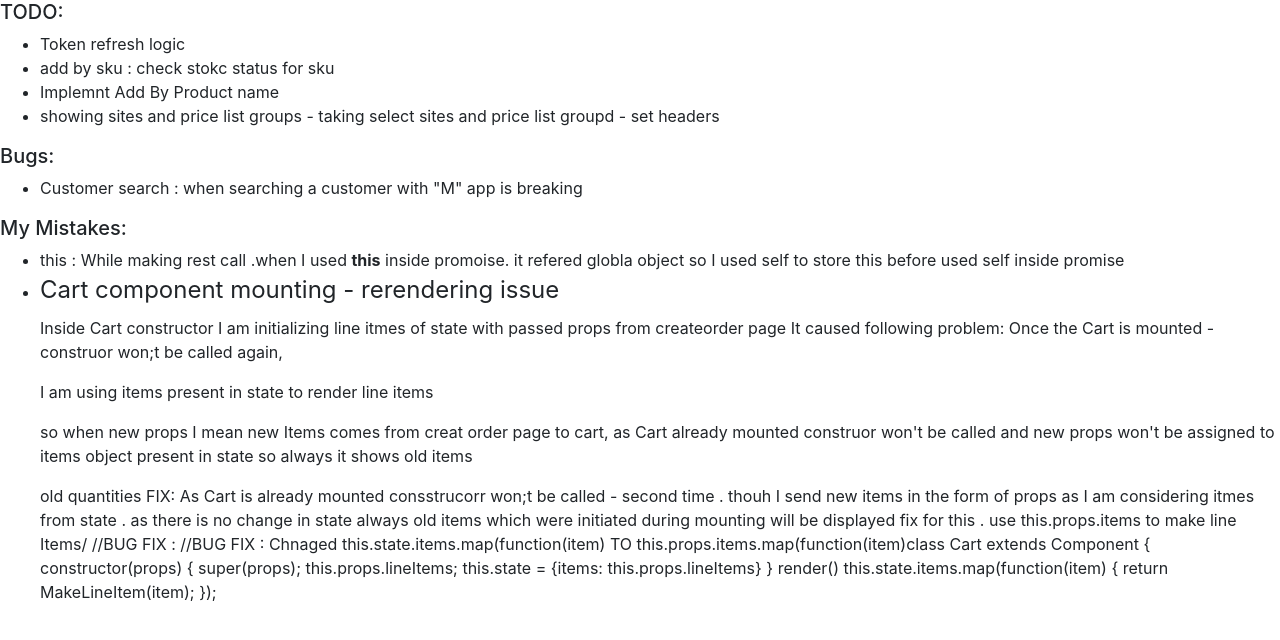
Repository: testtiger/reactagent
Page: /todo
The author's editor kept a copy of each file at every save. The page is drawn from the files as they stood at one save, then again after the next save.
The browser window is 1280 px wide. The pictures show the whole page.
The project was rebuilt for these pictures with package versions that can differ from the ones it lists, and the page was loaded fresh each time. Also part of the build but not shown: src/components/Agent/Rest/agent-rest-client.js, src/components/Agent/Dashboard/quicklinks.jsx, src/components/Agent/Dashboard/announcements.jsx, src/components/Agent/Dashboard/recentorders.jsx, src/components/Agent/Dashboard/pendingactions.jsx, src/components/Agent/Dashboard/DashboardPage.jsx, src/components/Agent/Shared/Navigation.jsx, src/components/Agent/Login/loginpage.jsx and 12 more.

Above is the page before, as saved 2018-12-15 16:47:22.

### src/index.js
//start it with npm start
//create-react-app MyApp

import React from "react";
import ReactDOM from "react-dom";
import "bootstrap/dist/css/bootstrap.css";
import LoginPage from "./components/Agent/Login/loginpage";
import App from "./components/Agent/App/App";
import CreateOrderPage from "./components/Agent/CreateOrder/CreateOrderPage";
import CustomerSearchPage from "./components/Agent/CustomerSearch/CustomerSearchPage";
import AddressFields from "./components/Agent/CreateOrder/AddressFields";
ReactDOM.render(<App/>, document.getElementById("root"));
//ReactDOM.render(<AddressFields />, document.getElementById("root"));

### src/components/Agent/App/App.jsx
import React, { Component } from "react";
import LoginPage from "../Login/loginpage";
import Routes from "../Router/route";
import SearchCriteria from "../CustomerSearch/SearchCriteria";
import Register from "../CustomerSearch/Registration";

export default class App extends Component {
  render() {
    return <Routes />;
    //return <LoginPage />;
  }
}

/***
 * TODO : token expiry logic
 *
 *
 */

### src/components/Agent/Router/route.js
import React from "react";
import { BrowserRouter, Route, Switch } from "react-router-dom";
import LoginPage from "../Login/loginpage";
import DashboardPage from "../Dashboard/DashboardPage";
import CustomerSearchPage from "../CustomerSearch/CustomerSearchPage";
import Registration from "../CustomerSearch/Registration";
import CustomerProfilePage from "../CustomerProfile/CustomerProfilePage.jsx";
import Navigation from "../Shared/Navigation";
import CreateOrderPage from "../CreateOrder/CreateOrderPage";
import TODO from "../BugsTODO/TODO";


var Routes = function() {
  return <BrowserRouter>
      <div>
        <Navigation />
        <Switch>
          <Route exact path="/" component={LoginPage} />
          <Route path="/welcome" component={DashboardPage} />
          <Route exact path="/customers" component={CustomerSearchPage} />
          <Route exact path="/customers/registration" component={Registration} />
          <Route exact path="/customers/profiles/:id" component={CustomerProfilePage} />
          <Route exact path="/createOrder/:profileId" component={CreateOrderPage} />
          <Route exact path="/todo" component={TODO} />
          <Route path="*" component={LoginPage} />
        </Switch>
      </div>
    </BrowserRouter>;
};

export default Routes;

### src/components/Agent/BugsTODO/TODO.jsx
import React, { Component } from "react";

export default class TODO extends Component {
  render() {
    return (
      <div>
        <h5>TODO:</h5>
        <ul>
          <li> Token refresh logic</li>
          <li> add by sku : check stokc status for sku</li>
          <li> Implemnt Add By Product name</li>
          <li>
            {" "}
            showing sites and price list groups - taking select sites and price
            list groupd - set headers
          </li>
        </ul>
        <h5>Bugs:</h5>
        <ul>
          <li>
            Customer search : when searching a customer with "M" app is breaking
          </li>
        </ul>
        <h5>My Mistakes:</h5>
        <ul>
          <li>
            this : While making rest call .when I used <strong>this</strong>{" "}
            inside promoise. it refered globla object so I used self to store
            this before used self inside promise
          </li>
          <li>
            <legend>Cart component mounting - rerendering issue</legend>
            <span>
              <p>
                Inside Cart constructor I am initializing line itmes of state
                with passed props from createorder page It caused following
                problem: Once the Cart is mounted - construor won;t be called
                again,
              </p>
              <p>I am using items present in state to render line items</p>
              <p>
                so when new props I mean new Items comes from creat order page
                to cart, as Cart already mounted construor won't be called and
                new props won't be assigned to items object present in state so
                always it shows old items
              </p>
              old quantities FIX: As Cart is already mounted consstrucorr won;t
              be called - second time . thouh I send new items in the form of
              props as I am considering itmes from state . as there is no change
              in state always old items which were initiated during mounting
              will be displayed fix for this . use this.props.items to make line
              Items/ //BUG FIX : //BUG FIX : Chnaged
              this.state.items.map(function(item) TO
              this.props.items.map(function(item)
              {
                "class Cart extends Component\
                 { \
                     constructor(props) {\
                          super(props);\
                          this.props.lineItems;\
                           this.state = {items: this.props.lineItems}\
                     }\
                    render() \
                    this.state.items.map(function(item) {\
                    return MakeLineItem(item);\
                    });\
                     "
              }
            </span>
          </li>
        </ul>
      </div>
    );
  }
}

Loaded but not shown: public/index.html (common file)

After the next save:
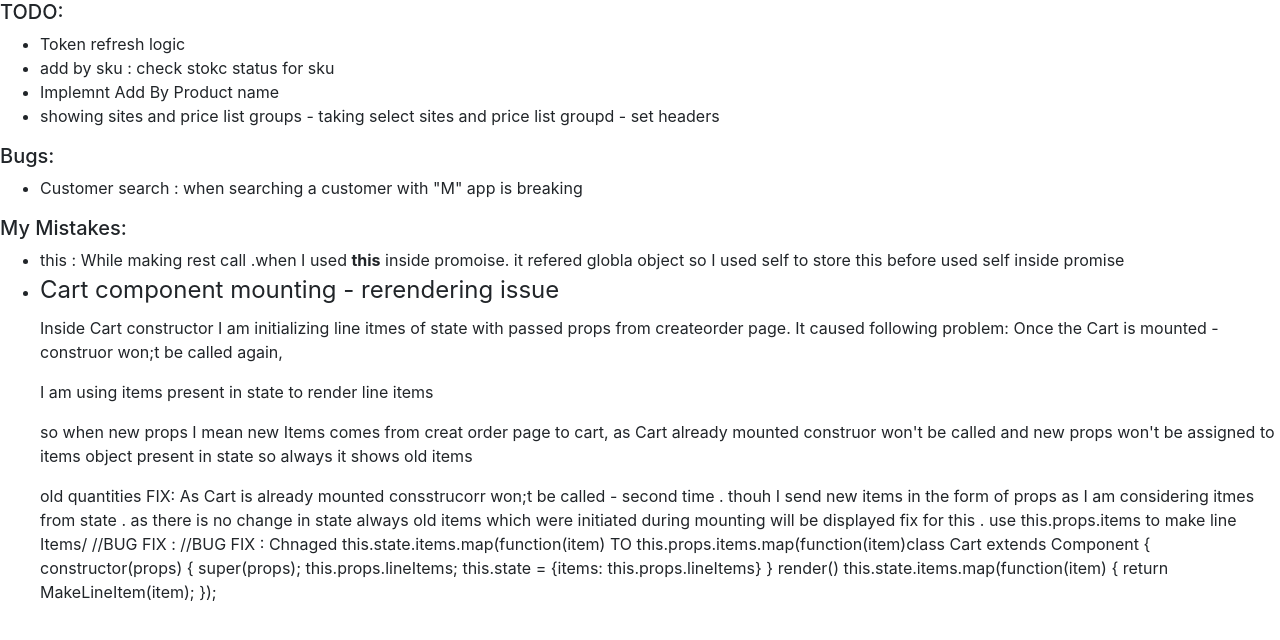
Saved 33 s later.
--- a/src/components/Agent/BugsTODO/TODO.jsx
+++ b/src/components/Agent/BugsTODO/TODO.jsx
@@ -33,7 +33,7 @@ export default class TODO extends Component {
             <span>
               <p>
                 Inside Cart constructor I am initializing line itmes of state
-                with passed props from createorder page It caused following
+                with passed props from createorder page. It caused following
                 problem: Once the Cart is mounted - construor won;t be called
                 again,
               </p>
